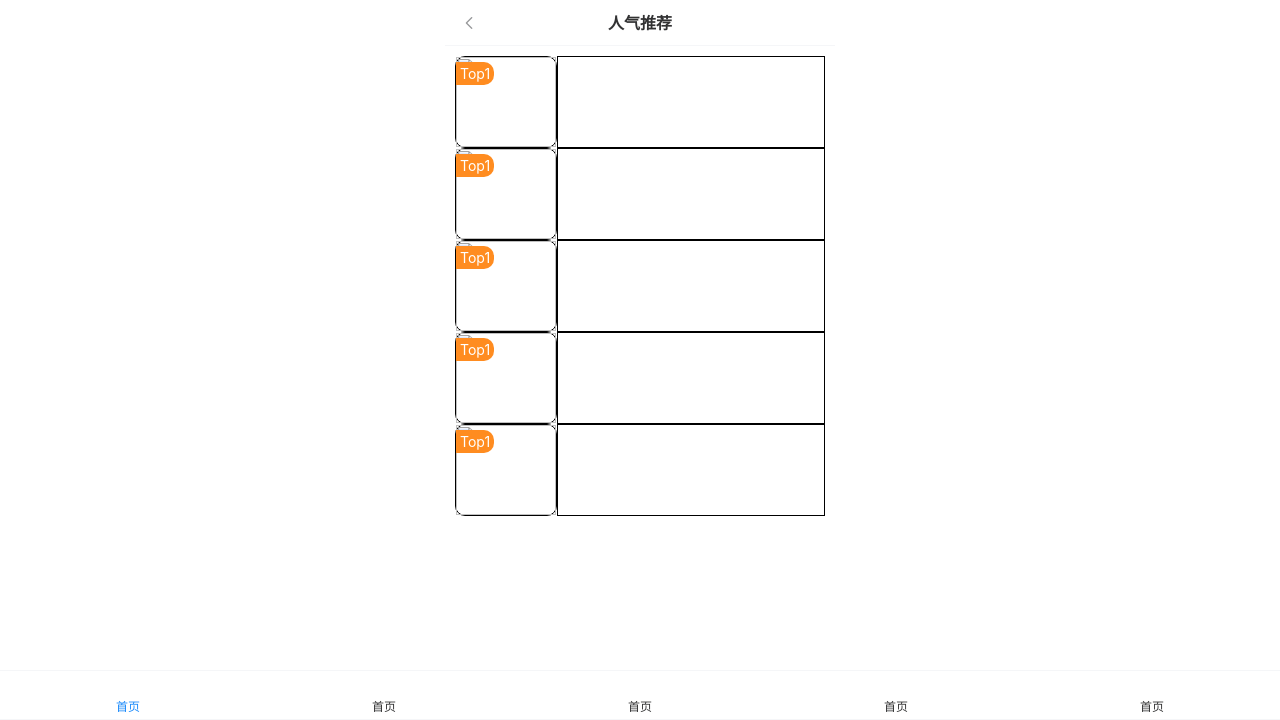
Repository: LXRL/eshop
Page: /#/homePopularity
These files come from the project's save history. The page is drawn as it stood at one moment and after a run of saves; the edit follows.
The browser window is 1280 px wide. The pictures show the whole page.
The project was rebuilt for these pictures with package versions that can differ from the ones it lists, and the page was loaded fresh each time. Also part of the build but not shown: vue.config.js, src/components/homeGridDetails.vue.

Above is the page before, as saved 2024-12-11 22:42:51.

After the next 2 saves:
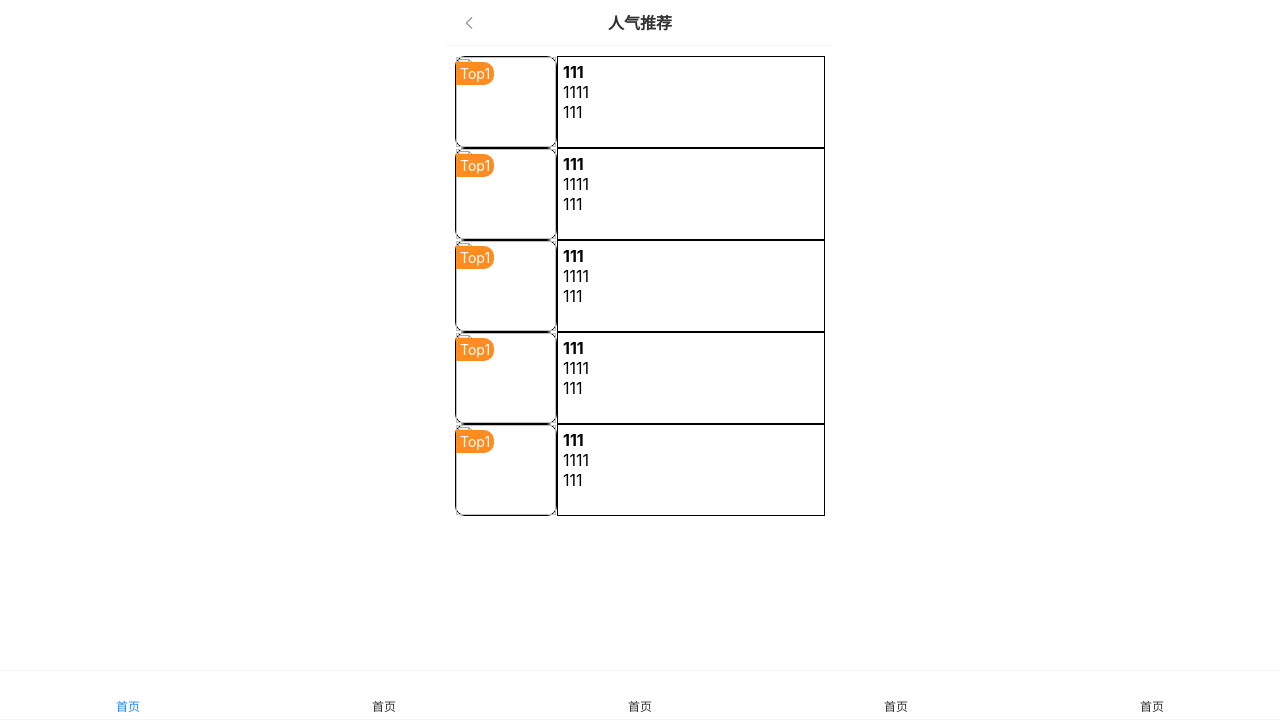
The 2 saves are shown as one change because they came seconds apart.
The last was saved 7 s later.
--- a/src/views/home/homePopularity.vue
+++ b/src/views/home/homePopularity.vue
@@ -9,9 +9,9 @@
                         <img src="" alt="">
                     </div>
                     <div class="right">
-                        <h4></h4>
-                        <p class="message"></p>
-                        <p class="price"></p>
+                        <h4>111</h4>
+                        <p class="message">1111</p>
+                        <p class="price">111</p>
                     </div>
                 </div>
             </template>
